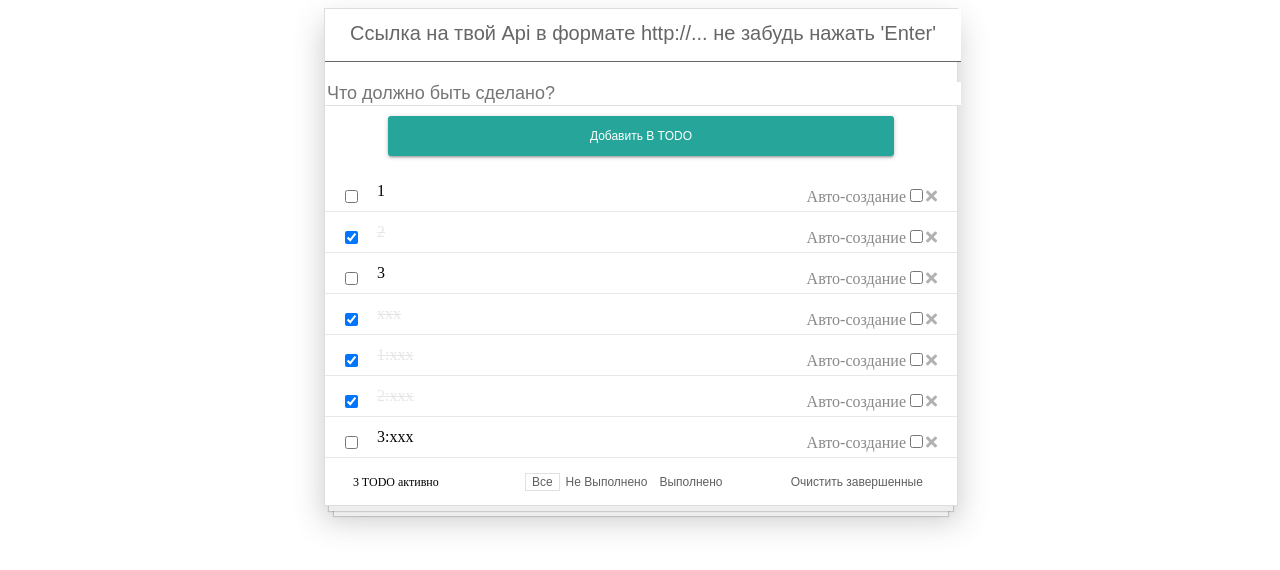
Repository: AntonBrock/taskTodo_for-backend
Page: /
An editor plug-in stored every save of this project. The page is shown before and after the next save, followed by the edit.
The browser window is 1280 px wide. The pictures show the whole page.
The page's requests for data from a server got no answer. Some web libraries are served in a nearby version. The project was rebuilt for these pictures with package versions that can differ from the ones it lists, and the page was loaded fresh each time. No one was signed in, and anything a server would have sent is missing.

Above is the page before, as saved 2019-04-23 16:02:53.

After the next save:
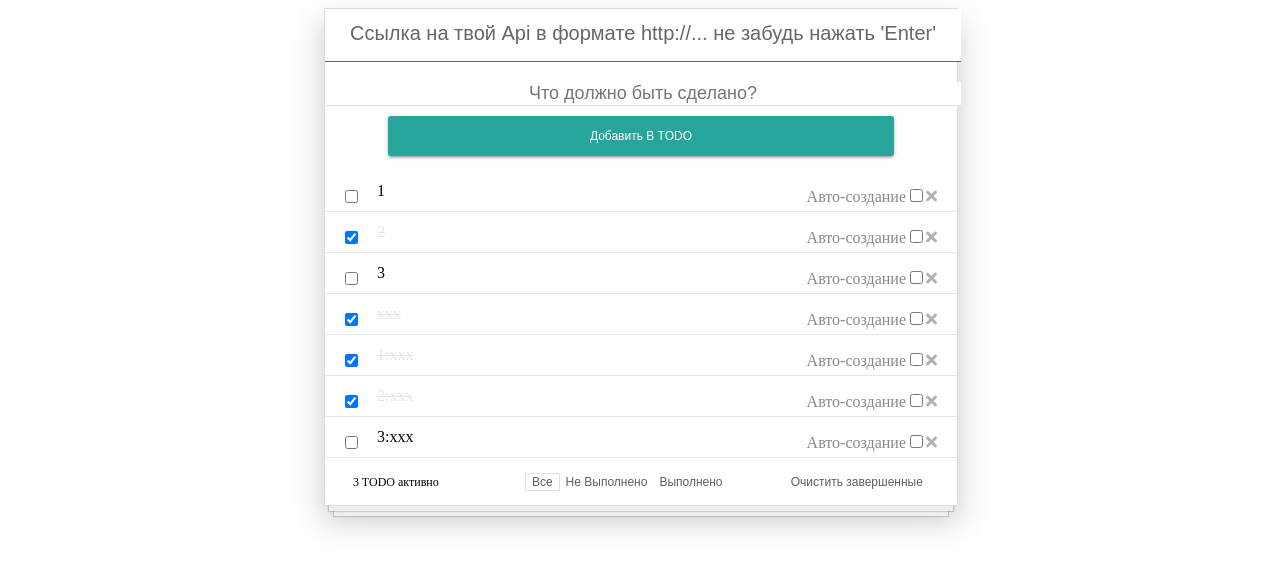
Saved 2 min 7 s later.
--- a/src/views/todolist/_components/Todo.vue
+++ b/src/views/todolist/_components/Todo.vue
@@ -72,6 +72,7 @@ export default {
     border-bottom 1px solid rgba(102, 102, 102, 0.192)
     font-size 18px
     transition 0.2s ease-in-out !important
+    text-align center
     &:placeholder
       color rgba(145, 145, 145, 0.795)
       opacity 1
